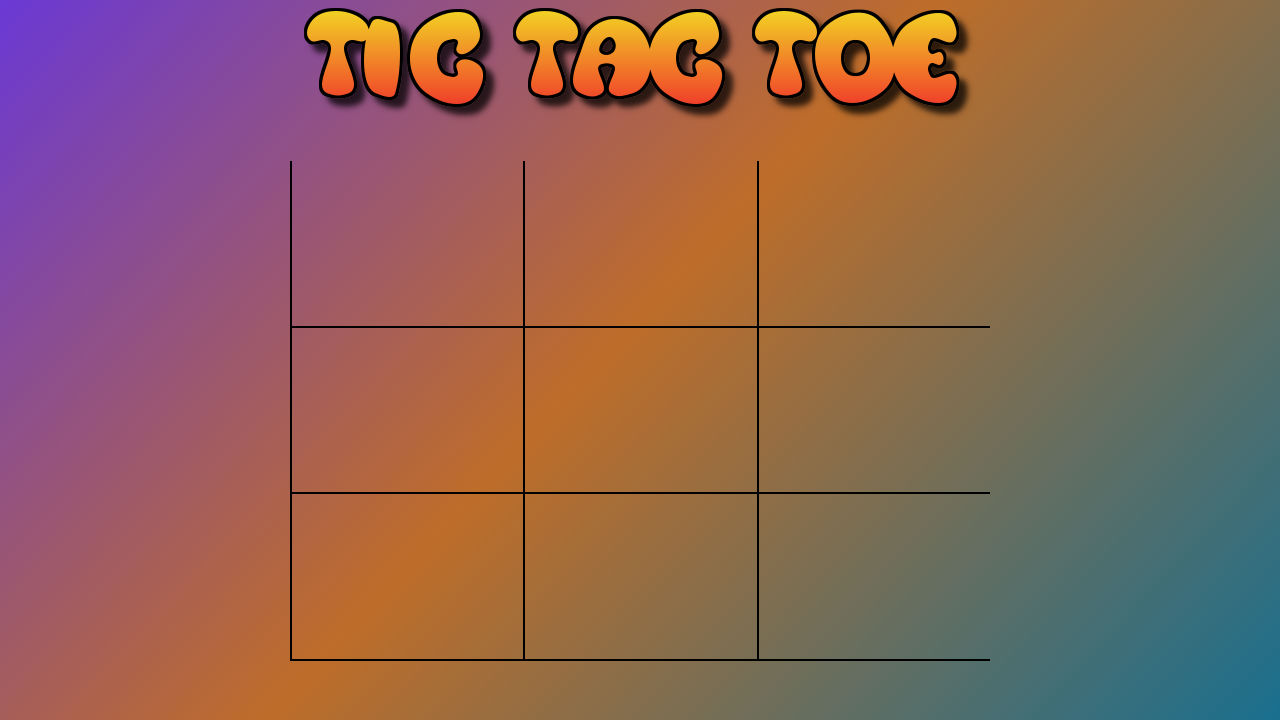
Repository: malx9/Project--5---Tic-Tac-Toe-with-AI
Page: index.html
An editor plug-in stored every save of this project. The page is shown before and after the next save, followed by the edit.
The browser window is 1280 px wide. The pictures show the whole page.

Above is the page before, as saved 2023-12-25 17:25:08.

After the next save:
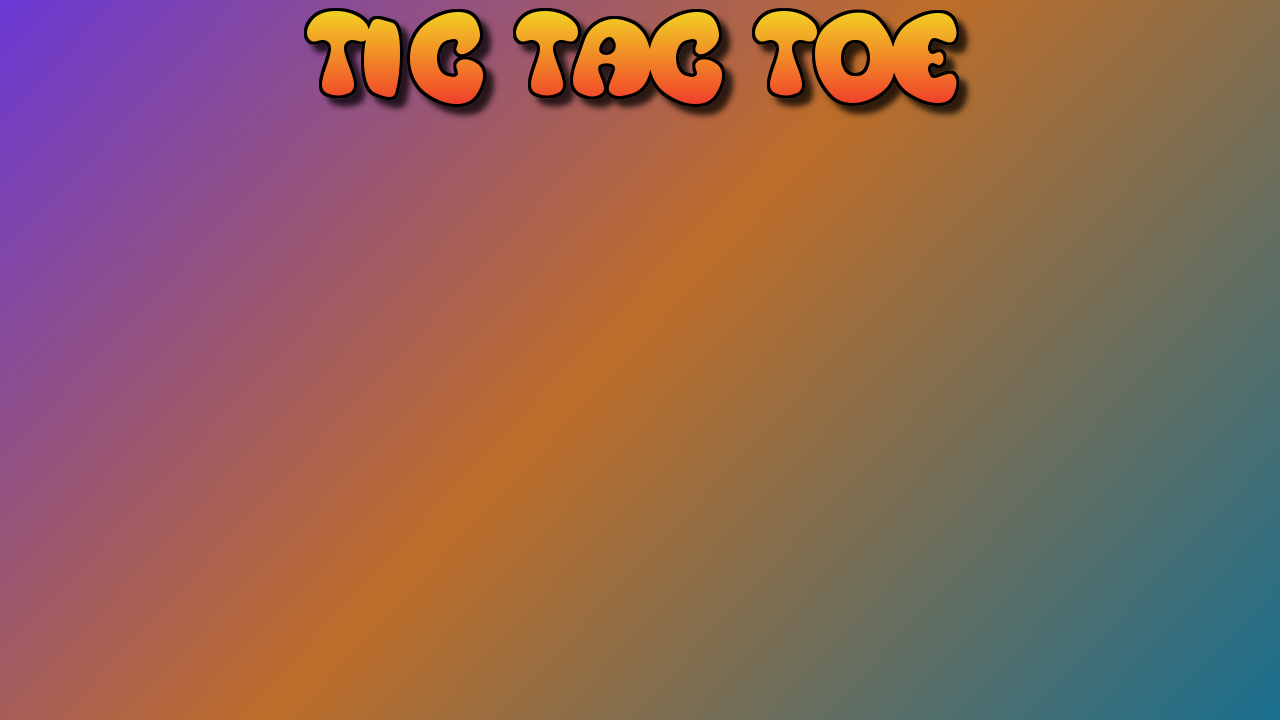
Saved 11 s later.
--- a/styles.css
+++ b/styles.css
@@ -30,12 +30,12 @@
   margin: auto;
 }
 
-.square {
+/* .square {
   background-color: transparent;
   border: 2px solid #000000;
   border-top: 0;
   border-right: 0;
-}
+} */
 
 .square-7,
 .square-8,

After the 2 saves that followed:
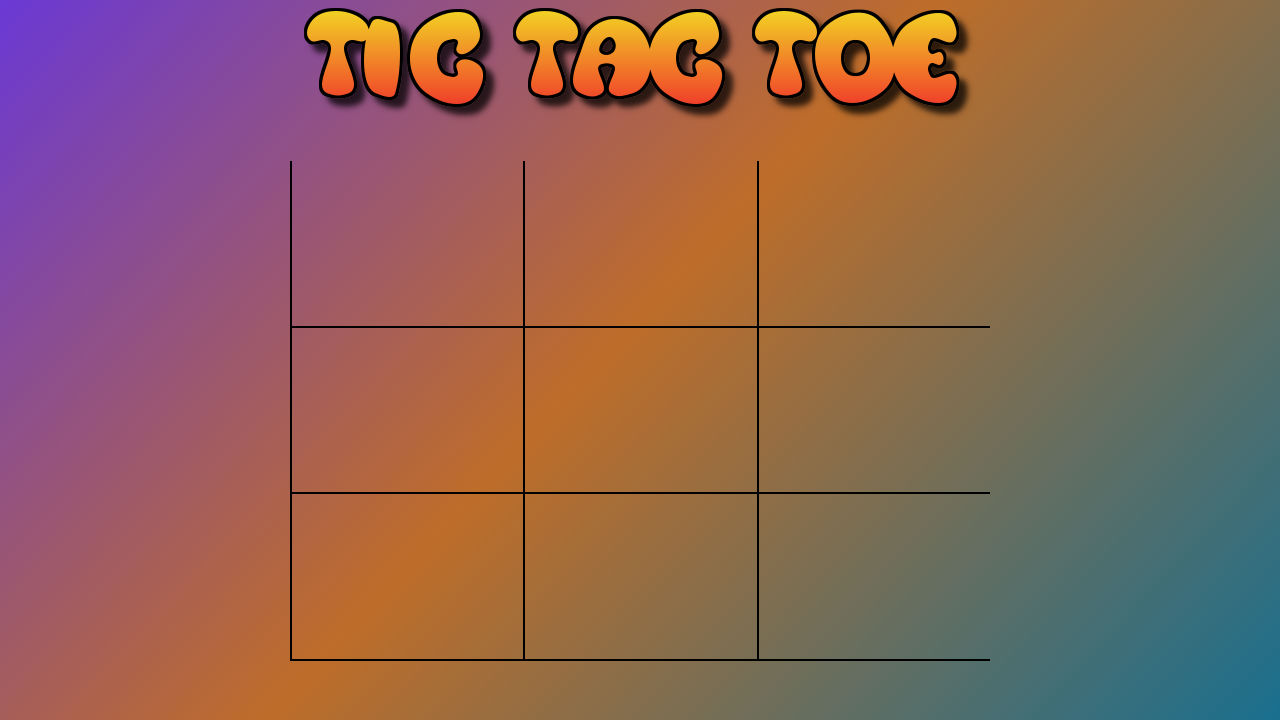
The 2 saves are shown as one change because 1 left the picture as it was.
The last was saved 33 s later.
--- a/styles.css
+++ b/styles.css
@@ -30,12 +30,12 @@
   margin: auto;
 }
 
-/* .square {
+.square {
   background-color: transparent;
   border: 2px solid #000000;
   border-top: 0;
   border-right: 0;
-} */
+}
 
 .square-7,
 .square-8,
